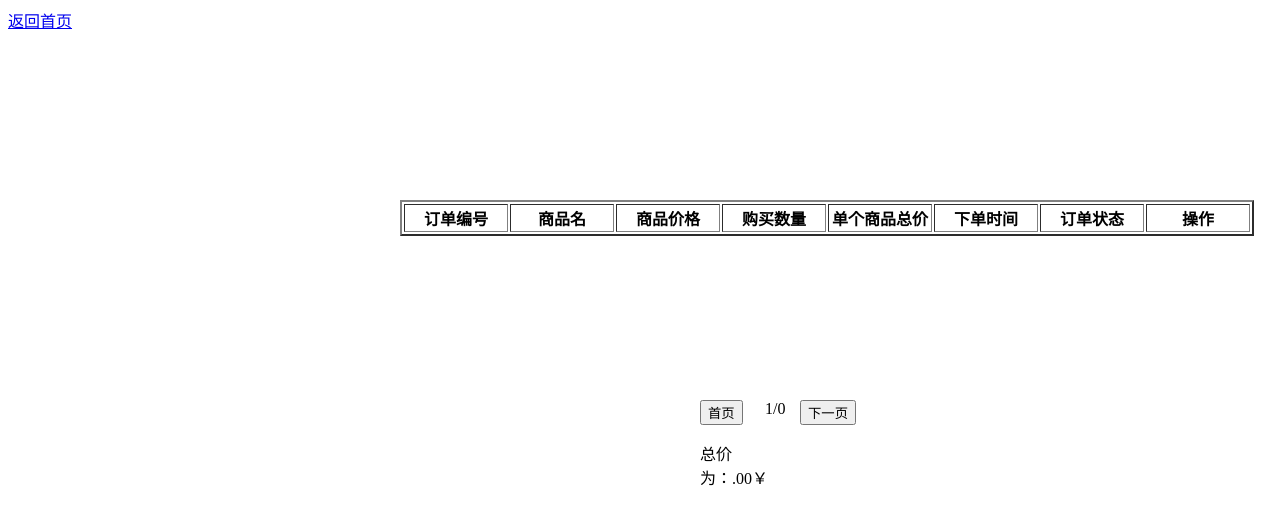
Repository: Gale-student/Gale-student.github.io
Page: http://localhost/weshop/OrdersDetailUnpaidQueryServlet
These files come from the project's save history. The page is drawn as it stood at one moment and after the next save; the edit follows.
The browser window is 1280 px wide. The pictures show the whole page.
The page is served by Tomcat 9. Queries for data that is not in the repository find no rows.

Above is the page before, as saved 2022-10-05 11:01:38.

After the next save:
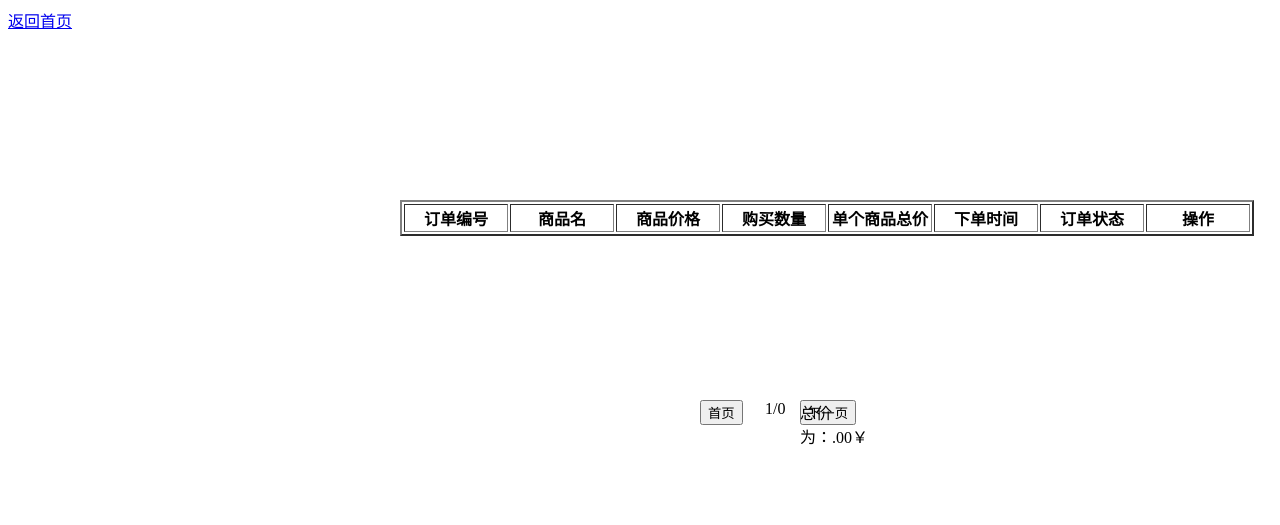
Saved 77 s later.
--- a/WeShop/weshop/WebRoot/WEB-INF/jsp/OrdersUnpaidQueryOfUser.jsp
+++ b/WeShop/weshop/WebRoot/WEB-INF/jsp/OrdersUnpaidQueryOfUser.jsp
@@ -88,7 +88,7 @@ String basePath = request.getScheme()+"://"+request.getServerName()+":"+request.
     <form style="position: absolute; top: 0px; left: 100px;" action="OrdersDetailUnpaidDownPageServlet" method="post">
        <input type="submit" value=<%=downPage %>>
     </form>
-    <label style="position: absolute;">总价为：<%=totalPrice %>.00￥</label>
+    <label style="position: absolute; left: 100px; top: 0px;">总价为：<%=totalPrice %>.00￥</label>
     </div>
 
   </body>
